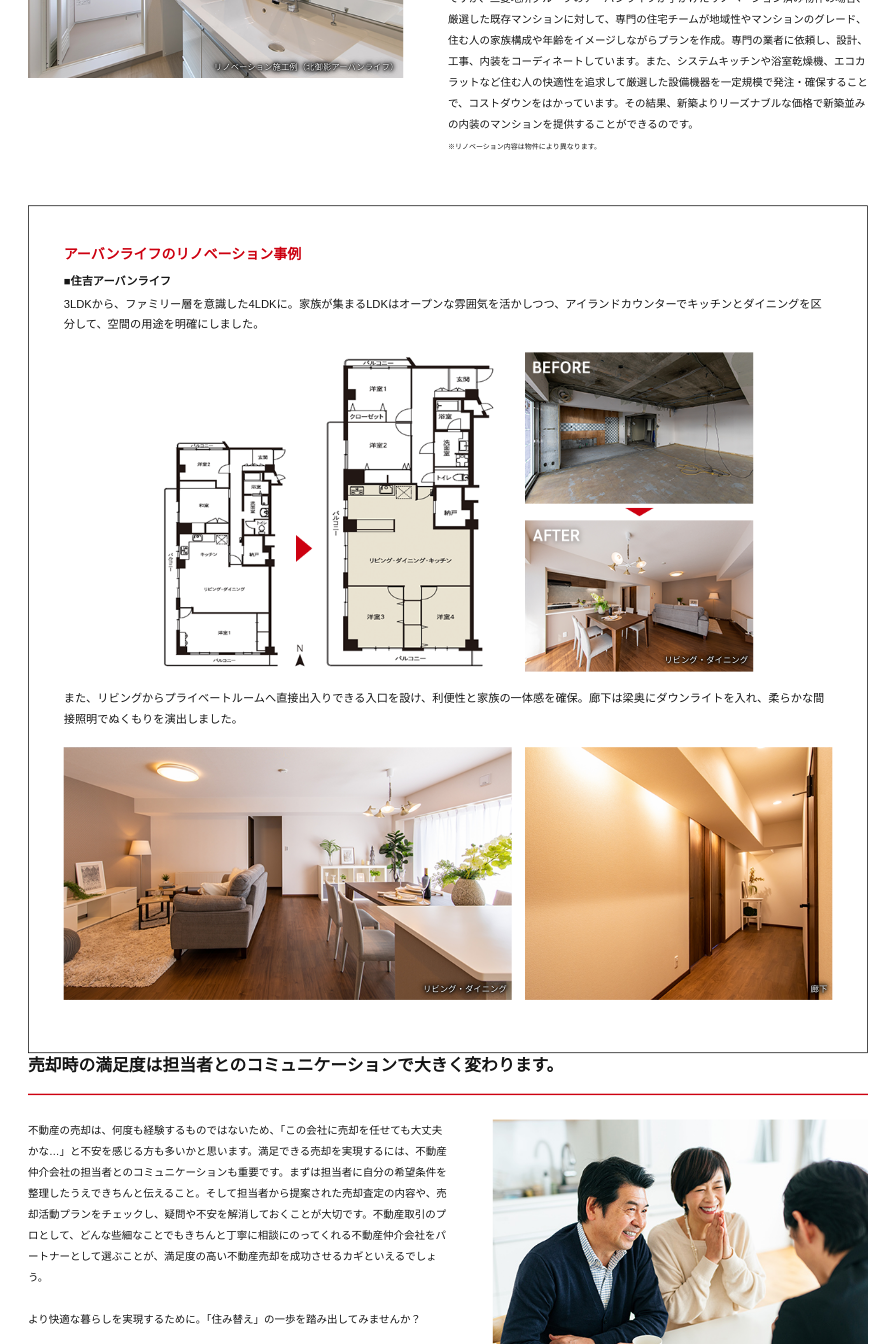
Repository: duongspm/group-kansai_new-data
Page: group-kansai_new/pickup/column07.html
These files come from the project's save history. The page is drawn as it stood at one moment and after the next save; the edit follows.
The browser window is 1280 px wide. The pictures show the part of the page from y = 2008 to 3928 px (the page is 4783 px tall), at 70% of full size.

Above is the page before, as saved 2023-06-30 16:08:12.

After the next save:
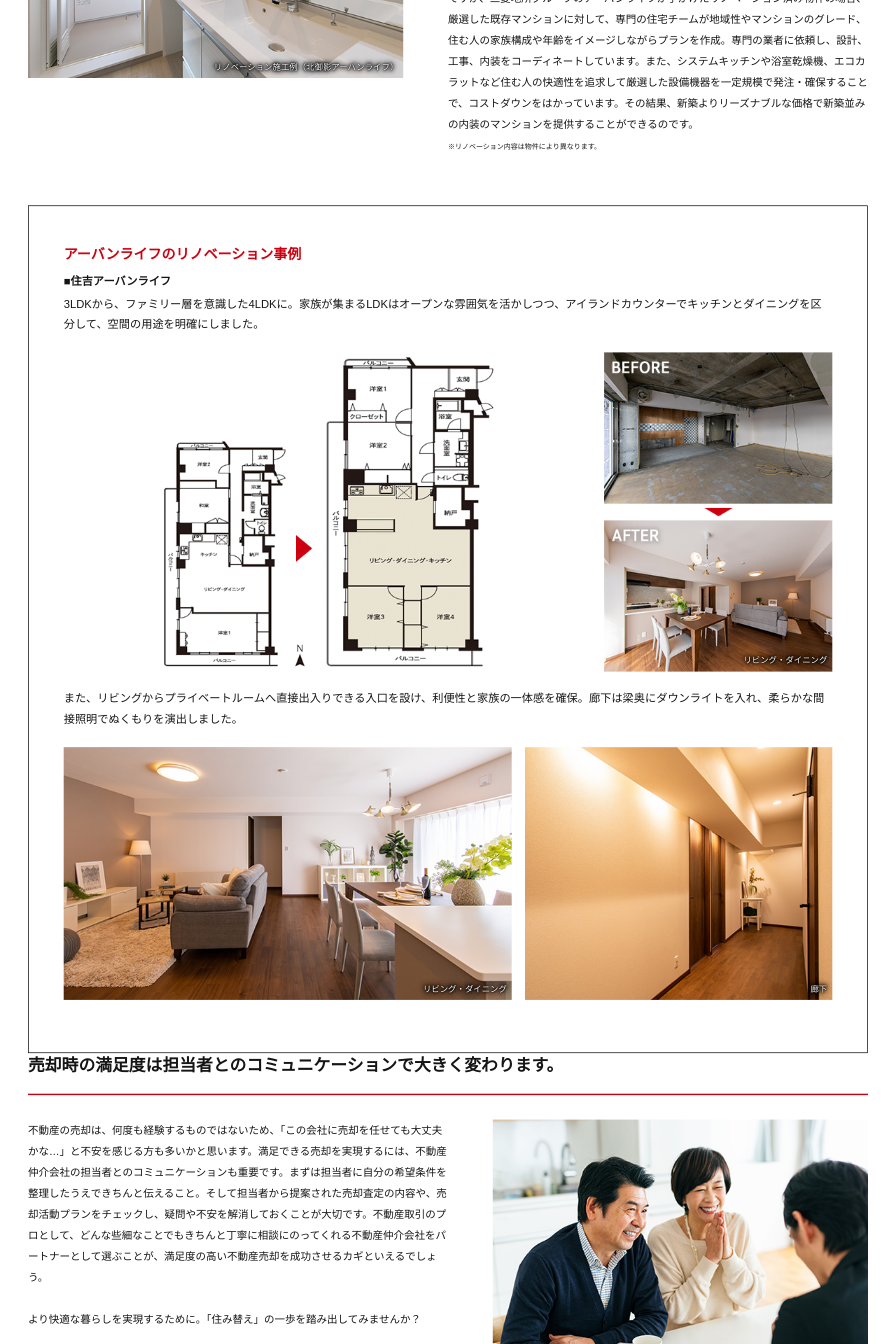
Saved 41 s later.
--- a/group-kansai_new/pickup/css/column.css
+++ b/group-kansai_new/pickup/css/column.css
@@ -216,7 +216,7 @@
 .box__img{
     position: relative;
 }
-.flex__right--small{
+.flex__right{
     width: 40%;
     display: flex;
     align-items: center;
